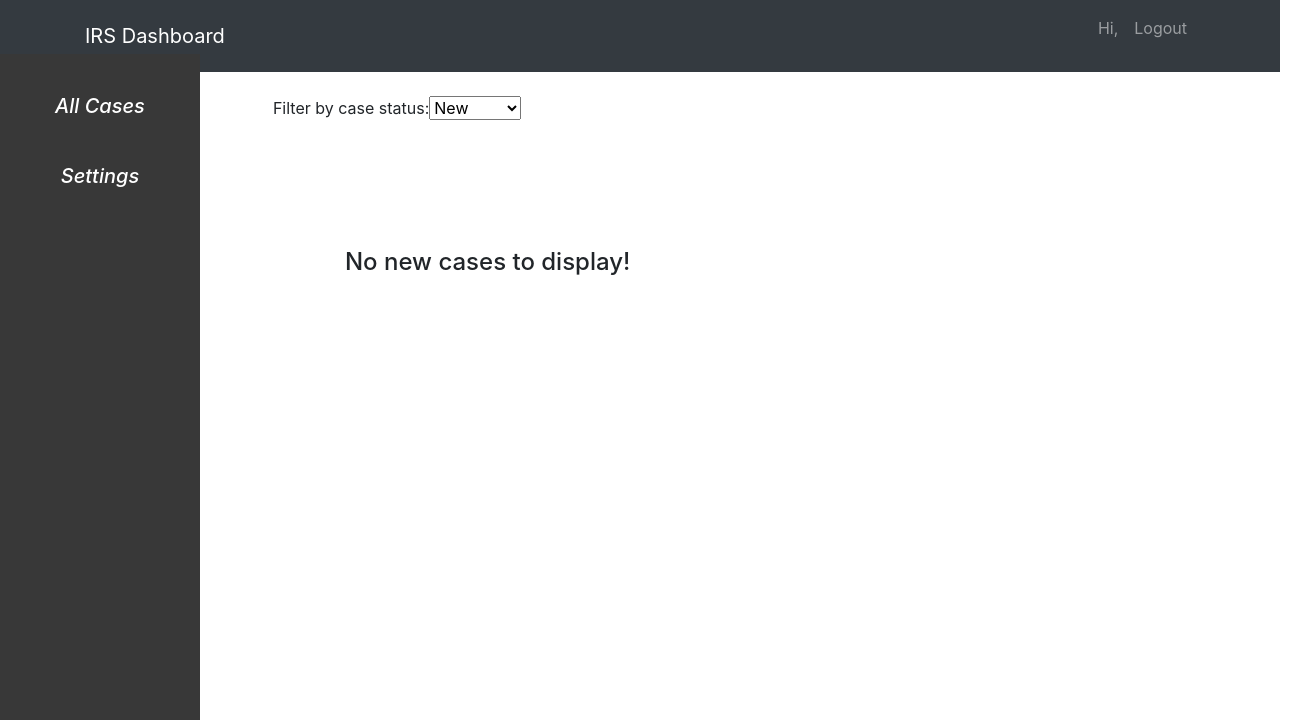
Repository: greeshmavyas/IRS_CS
Page: /AgentDashboard (app in AgentManagement/Frontend/)
The author's editor kept a copy of each file at every save. The page is drawn from the files as they stood at one save, then again after the next save.
The browser window is 1280 px wide. The page is 1295 px wide, so the pictures cover 1295 px, including what lies to the right of the window. The pictures show the whole page.
Some web libraries are served in a nearby version. The project was rebuilt for these pictures with package versions that can differ from the ones it lists, and the page was loaded fresh each time. Also part of the build but not shown: AgentManagement/Frontend/src/components/NavbarLogin.js, AgentManagement/Frontend/src/components/login.js, AgentManagement/Frontend/src/components/updateProfile.js, AgentManagement/frontend/src/App.css.

Above is the page before, as saved 2020-10-27 11:24:13.

### AgentManagement/frontend/public/index.html
<!DOCTYPE html>
<html lang="en">
  <head>
    <meta charset="utf-8" />
    <link rel="icon" href="%PUBLIC_URL%/favicon.ico" />
    <meta name="viewport" content="width=device-width, initial-scale=1" />
    <meta name="theme-color" content="#000000" />
    <meta
      name="description"
      content="Web site created using create-react-app"
    />
    <link rel="apple-touch-icon" href="%PUBLIC_URL%/logo192.png" />
    <!--
      manifest.json provides metadata used when your web app is installed on a
      user's mobile device or desktop. See https://developers.google.com/web/fundamentals/web-app-manifest/
    -->
    <link rel="manifest" href="%PUBLIC_URL%/manifest.json" />
    <link rel="stylesheet" href="https://stackpath.bootstrapcdn.com/bootstrap/4.4.1/css/bootstrap.min.css"
      integrity="sha384-Vkoo8x4CGsO3+Hhxv8T/Q5PaXtkKtu6ug5TOeNV6gBiFeWPGFN9MuhOf23Q9Ifjh" crossorigin="anonymous">
    <script src="https://kit.fontawesome.com/db1fc867ad.js" crossorigin="anonymous"></script>
    <!--
      Notice the use of %PUBLIC_URL% in the tags above.
      It will be replaced with the URL of the `public` folder during the build.
      Only files inside the `public` folder can be referenced from the HTML.

      Unlike "/favicon.ico" or "favicon.ico", "%PUBLIC_URL%/favicon.ico" will
      work correctly both with client-side routing and a non-root public URL.
      Learn how to configure a non-root public URL by running `npm run build`.
    -->
    <title>React App</title>
  </head>
  <body>
    <noscript>You need to enable JavaScript to run this app.</noscript>
    <div id="root"></div>
    <script src="https://code.jquery.com/jquery-3.4.1.slim.min.js"
      integrity="sha384-J6qa4849blE2+poT4WnyKhv5vZF5SrPo0iEjwBvKU7imGFAV0wwj1yYfoRSJoZ+n" crossorigin="anonymous"></script>
    <script src="https://cdn.jsdelivr.net/npm/popper.js@1.16.0/dist/umd/popper.min.js"
      integrity="sha384-Q6E9RHvbIyZFJoft+2mJbHaEWldlvI9IOYy5n3zV9zzTtmI3UksdQRVvoxMfooAo" crossorigin="anonymous"></script>
    <script src="https://stackpath.bootstrapcdn.com/bootstrap/4.4.1/js/bootstrap.min.js"
      integrity="sha384-wfSDF2E50Y2D1uUdj0O3uMBJnjuUD4Ih7YwaYd1iqfktj0Uod8GCExl3Og8ifwB6" crossorigin="anonymous"></script>
    <!--
      This HTML file is a template.
      If you open it directly in the browser, you will see an empty page.

      You can add webfonts, meta tags, or analytics to this file.
      The build step will place the bundled scripts into the <body> tag.

      To begin the development, run `npm start` or `yarn start`.
      To create a production bundle, use `npm run build` or `yarn build`.
    -->
  </body>
</html>

### AgentManagement/Frontend/src/App.js
import React from 'react';
import { BrowserRouter } from 'react-router-dom';
import Main from "./Main"
import './App.css';

function App() {
  return (
    <div>
      <BrowserRouter>
        <Main />
      </BrowserRouter>
    </div>
  );
}

export default App;

### AgentManagement/Frontend/src/Main.js
import React, { Component } from 'react';
import { Route } from 'react-router-dom';
import login from './components/login';
import Dashboard from './components/Dashboard';
import updateProfile from './components/updateProfile';

 class Main extends Component {
    render() {
        return (
          <div>
            <Route exact path="/" component={login} />
            <Route exact path="/AgentDashboard" component={Dashboard} />
            <Route exact path="/updateProfile" component={updateProfile} />
          </div>
        );
    }
}

export default Main;

### AgentManagement/Frontend/src/components/Dashboard.js
import React, { Component } from 'react';
import axios from "axios";
import NavbarDash from "./NavbarDash";
import { Modal, ModalHeader, ModalBody, ModalFooter } from "reactstrap";
import Sidebar from './Sidebar'
import config from '../config/settings'
import Card from 'react-bootstrap/Card'
import Dropdown from 'react-bootstrap/Dropdown'
import Table from 'react-bootstrap/Table'

class Dashboard extends Component {
  constructor() {
    super();
    this.state = {
      allCases: {},
      viewcase: null,
      modal: false,
      mstatus: "open",
      flag: false
    };

  }

  showModal = () => {
    console.log("hello");
    this.setState({
      modal: !this.state.modal,
    });
  };
  showModal1 = (viewcase) => {
    console.log("hello1");
    this.setState({
      modal: !this.state.modal,
      viewcase: viewcase,
    });
  };

  handleStatusChange = (modalstatus) => {
    this.setState({
      mstatus: modalstatus
    })
  }

  async componentDidMount() {
    console.log("in get all cases frontend")

    let agentID = localStorage.getItem("agentID");
    let organisationID = localStorage.getItem("organisationID")

    axios.defaults.withCredentials = true;
    if(agentID){
      let data = {
        agentID: agentID,
        organisationID: organisationID
      };
      console.log("data is..")
      console.log(data);

      axios({
        method: 'get',
        url: 'http://' + config.hostname + ':' + config.backendPort + '/getCases',
        params: data,
      })
        .then((response) => {
          console.log("response from getCases")
          console.log(response)

          if (response.status === 200) {
            let receivedCases = response.data.cases;
            console.log("received cases")
            console.log(response.data.cases)
            if (receivedCases) {
              this.setState({ allCases: receivedCases, flag: true });
            } else {
              this.setState({ allCases: {} });
            }
          }
          else {
            this.setState({ allCases: {} });
          }

        })
        .catch(error => {
          console.log(error);
          this.setState({ allCases: {} })
        })
    }
    else{
      window.location.reload();
    }

  }

  render() {
    const closeBtn = (
      <button className="close" onClick={() => this.showModal()}>
        &times;
       </button>
    );
    var casedetails;
    if (this.state.flag) {
      casedetails = this.state.allCases.map((ticket) => {
        return (
          <div>
            <div onClick={() => this.showModal1(ticket)} >
                  <Table>
                    <tbody >
                      <tr >
                        <td style={{ width: '10rem' }}> ID: {ticket.CaseID}</td>
                        <td style={{ width: '15rem' }}>Status: {ticket.Status}</td>
                        <td style={{ width: '50rem' }}>{ticket.Information} </td>
                      </tr>
                    </tbody>
                  </Table>
            </div>
          </div>
        );
      });
    }
    return (
      <div>
        <NavbarDash />
        <div className="row">
          <div className="col-2">
            <Sidebar />
          </div>
          <div className="container col-9">
          <form action="/action_page.php">
            <label for="filters">Filter by case status:   </label>
              <select name="status" id="status">
                <option value="New">New</option>
                <option value="Open">Open</option>
                <option value="Resolved">Resolved</option>
                <option value="Pending">Pending</option>
              </select>
            <br></br>
            <br></br>
            <br></br>
          </form>
          {this.state.allCases.length > 0 ? (
              <div className="col-10">
                {casedetails}
                {this.state.viewcase != null ? (
                  <Modal
                    isOpen={this.state.modal}
                    toggle={() => this.showModal()}
                    className="modal-popup-lg"
                    scrollable
                  >
                    <ModalHeader
                      toggle={() => this.showModal()}
                      close={closeBtn}
                    >
                      Case Details
                   </ModalHeader>
                    <ModalBody className="modal-body">
                      <div className=" row form-group">
                        <p className="font-weight col-7">
                          Information : {this.state.viewcase.Information}
                        </p>
                        <div className="col-3">
                          <button class="btn btn-success dropdown-toggle" type="button" id="dropdownMenuButton" data-toggle="dropdown" aria-haspopup="true" aria-expanded="false">
                            {this.state.mstatus}</button>
                          <div class="dropdown-menu" aria-labelledby="dropdownMenuButton">
                            <button onClick={() => this.handleStatusChange("Working")} class="dropdown-item" >Working</button>
                            <button onClick={() => this.handleStatusChange("Resolved")} class="dropdown-item" >Resolved</button>
                            <button onClick={() => this.handleStatusChange("Postponed")} class="dropdown-item" >Postponed</button>
                          </div>
                        </div>
                      </div>
                      <div className="form-group">
                        <p className="font-weight-bold">
                          Resolution Comments : {this.state.viewcase.ResolutionComments}
                        </p>

                      </div>

                    </ModalBody>
                    <ModalFooter>
                    </ModalFooter>
                  </Modal>
                ) : null}
              </div>
            ) : (
                <div>
                  <h4 style={{ margin: "3em" }}>No new cases to display!</h4>
                </div>
              )}
          </div>

        </div>
      </div>
    );
  }
}

export default Dashboard;

### AgentManagement/Frontend/src/config/settings.js
module.exports = {
    "hostname": "localhost",
    "backendPort": 3001,
    'frontendHostName': 'localhost',
    'frontendPort': 3000,
};

### AgentManagement/Frontend/src/components/NavbarDash.js
import React, { Component } from 'react';

class NavbarDash extends Component {

  handleLogout = () => {
    window.localStorage.clear();
  };

  render() {
    return (
      <nav className="navbar navbar-expand-sm navbar-dark bg-dark mb-4">
        <div className="container">
          <a className="navbar-brand" href="/AgentDashboard">
            IRS Dashboard
          </a>
          <button
            className="navbar-toggler"
            type="button"
            data-toggle="collapse"
            data-target="#mobile-nav"
          >
            <span className="navbar-toggler-icon"></span>
          </button>

          <div className="collapse navbar-collapse" id="mobile-nav">

            <ul className="navbar-nav ml-auto">
              <li className="nav-item">
                <p className="nav-link" >
                  Hi, {localStorage.getItem("firstname")}
                </p>
              </li>
              <li className="nav-item">
                <a className="nav-link" href="/" onClick={this.handleLogout}>
                  Logout
                </a>
              </li>
            </ul>
          </div>
        </div>
      </nav>
    );
  }
}

export default NavbarDash;

### AgentManagement/Frontend/src/components/Sidebar.js
import React from 'react';
import styled from 'styled-components';
import { BrowserRouter as Router, Route, Link, withRouter } from "react-router-dom";

const StyledSideNav = styled.div`
    position: fixed;     /* Fixed Sidebar (stay in place on scroll and position relative to viewport) */
    height: 100%;
    width: 200px;     /* Set the width of the sidebar */
    z-index: 1;      /* Stay on top of everything */
    top: 3.4em;      /* Stay at the top */
    background-color: #383838; /* Black */
    overflow-x: hidden;     /* Disable horizontal scroll */
    padding-top: 40px;
    font-style: oblique;
`;

class SideNav extends React.Component {
    constructor(props) {
        super(props);
        this.state = {
            activePath: props.location.pathname,
            items: [
                {
                  path: '/dashboard', /* path is used as id to check which NavItem is active basically */
                  name: 'All Cases',
                  key: 1 /* Key is required, else console throws error. Does this please you Mr. Browser?! */
                },
                {
                    path: '/updateProfile',
                    name: 'Settings',
                    key: 2
                  },
              ]
        }
    }

    onItemClick = (path) => {
        this.setState({ activePath: path });
    }

    render() {
        const { items, activePath } = this.state;
        return(
            <StyledSideNav>
                {
                    items.map((item) => {
                        return (
                            <NavItem
                                path={item.path}
                                name={item.name}
                                onItemClick={this.onItemClick}
                                active={item.path === activePath}
                                key={item.key}
                            />
                        );
                    })
                }
            </StyledSideNav>
        );
    }
}

const RouterSideNav = withRouter(SideNav);

const StyledNavItem = styled.div`
    height: 70px;
    width: 200px; /* width must be same size as NavBar to center */
    text-align: center; /* Aligns <a> inside of NavIcon div */
    margin-bottom: 0;   /* Puts space between NavItems */
    a {
        font-size: 2.7em;
        color: ${(props) => props.active ? "white" : "#FFFFFF"};
        :hover {
            opacity: 0.7;
            text-decoration: none; /* Gets rid of underlining of icons */
        }
    }
`;

class NavItem extends React.Component {
    handleClick = () => {
        const { path, onItemClick } = this.props;
        onItemClick(path);
    }

    render() {
        const { active } = this.props;
        return(

            <StyledNavItem active={active}>

                <Link to={this.props.path}   className={this.props.name} onClick={this.handleClick}>

                    <NavIcon> <h5 color = "#FFFFFF" >{this.props.name}</h5></NavIcon>
                </Link>
            </StyledNavItem>
        );
    }
}

const NavIcon = styled.div`
`;

export default class Sidebar extends React.Component {
    render() {
        return (
            <RouterSideNav></RouterSideNav>
        );
    }
}

Loaded but not shown: AgentManagement/Frontend/src/index.js (common file); AgentManagement/frontend/src/index.css (common file); AgentManagement/frontend/src/serviceWorker.js (common file)

After the next save:
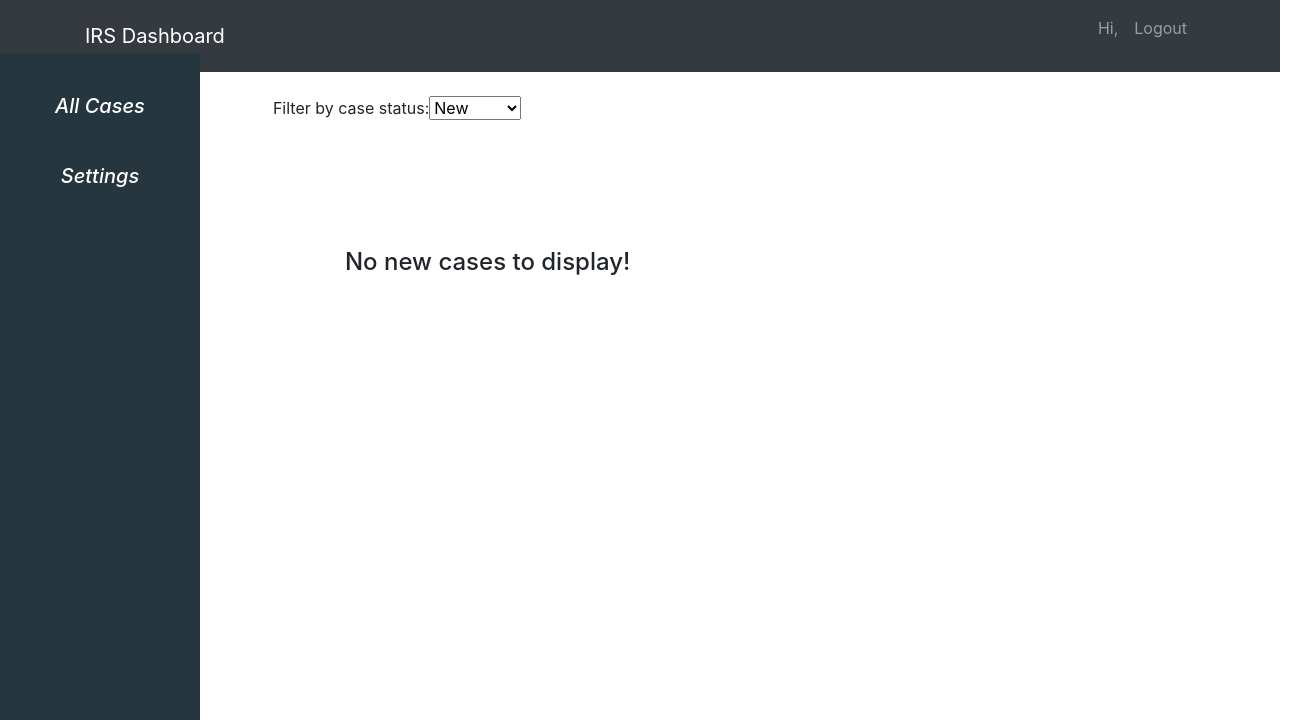
Saved 55 s later.
--- a/AgentManagement/Frontend/src/components/Sidebar.js
+++ b/AgentManagement/Frontend/src/components/Sidebar.js
@@ -8,7 +8,7 @@ const StyledSideNav = styled.div`
     width: 200px;     /* Set the width of the sidebar */
     z-index: 1;      /* Stay on top of everything */
     top: 3.4em;      /* Stay at the top */
-    background-color: #383838; /* Black */
+    background-color: #25363E; /* Black */
     overflow-x: hidden;     /* Disable horizontal scroll */
     padding-top: 40px;
     font-style: oblique;
